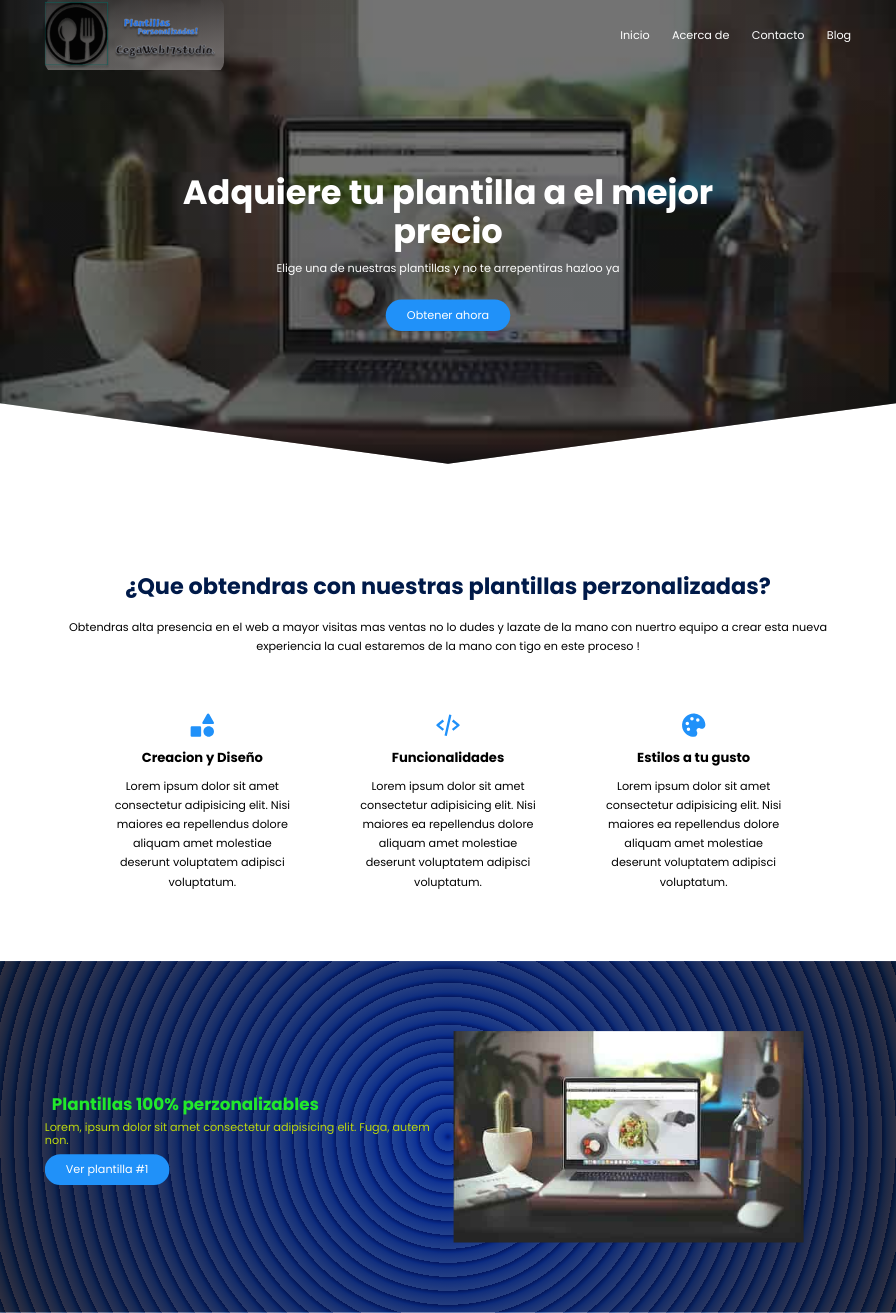
Repository: cega17/una-pagina-web
Page: index.html
An editor plug-in stored every save of this project. The page is shown before and after the next save, followed by the edit.
The browser window is 1280 px wide. The pictures show the whole page, at 70% of full size.

Above is the page before, as saved 2023-10-30 10:01:38.

After the next save:
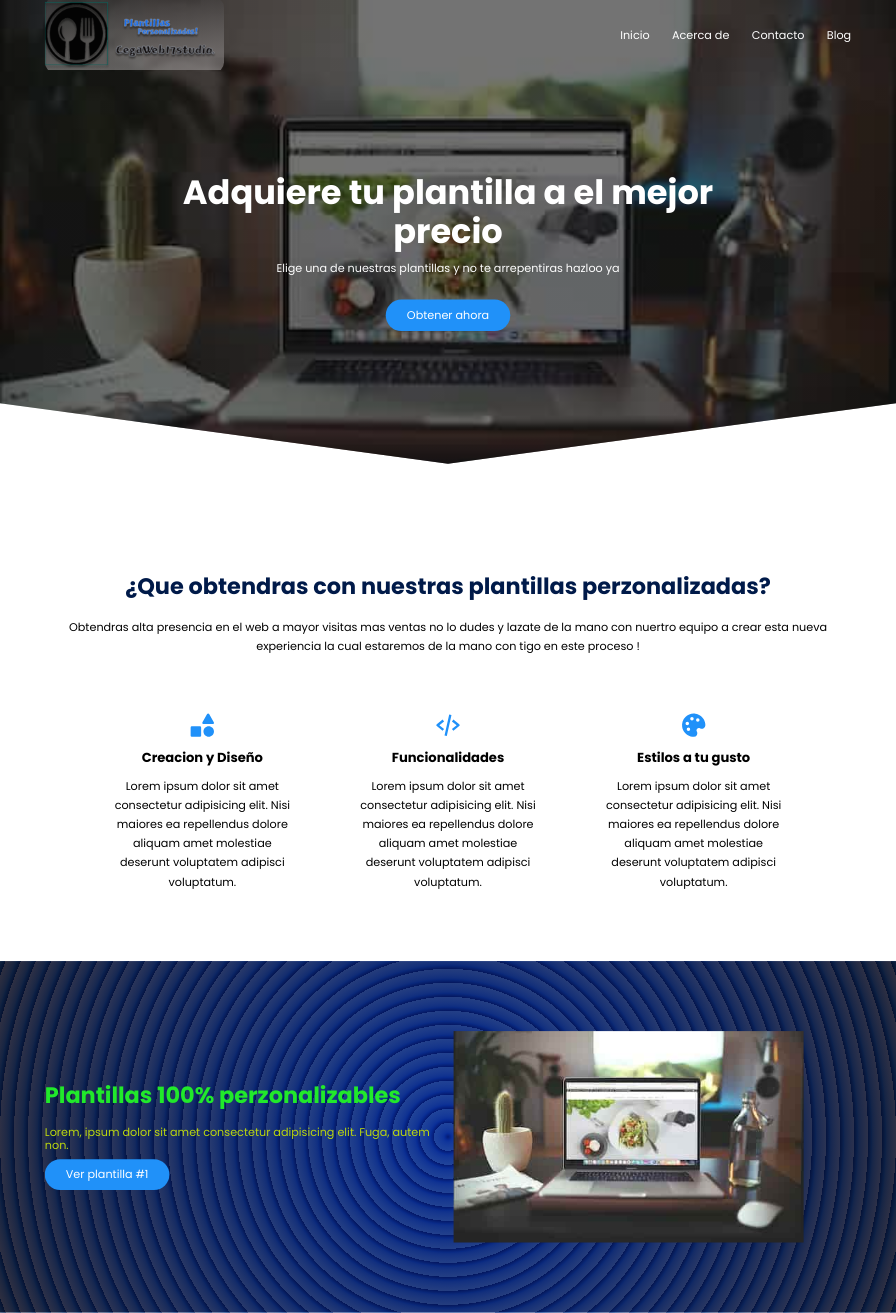
Saved 12 s later.
--- a/css/styles.css
+++ b/css/styles.css
@@ -183,8 +183,9 @@ body {
 }
 .subtitle__knowledge{
     color: rgb(33, 233, 43);
-    padding: 10px;
-
+
+    font-size: 2rem;
+    margin-bottom: 25px;
 }
 .knowledge__paragraph2{
     color: rgb(189, 216, 14);
